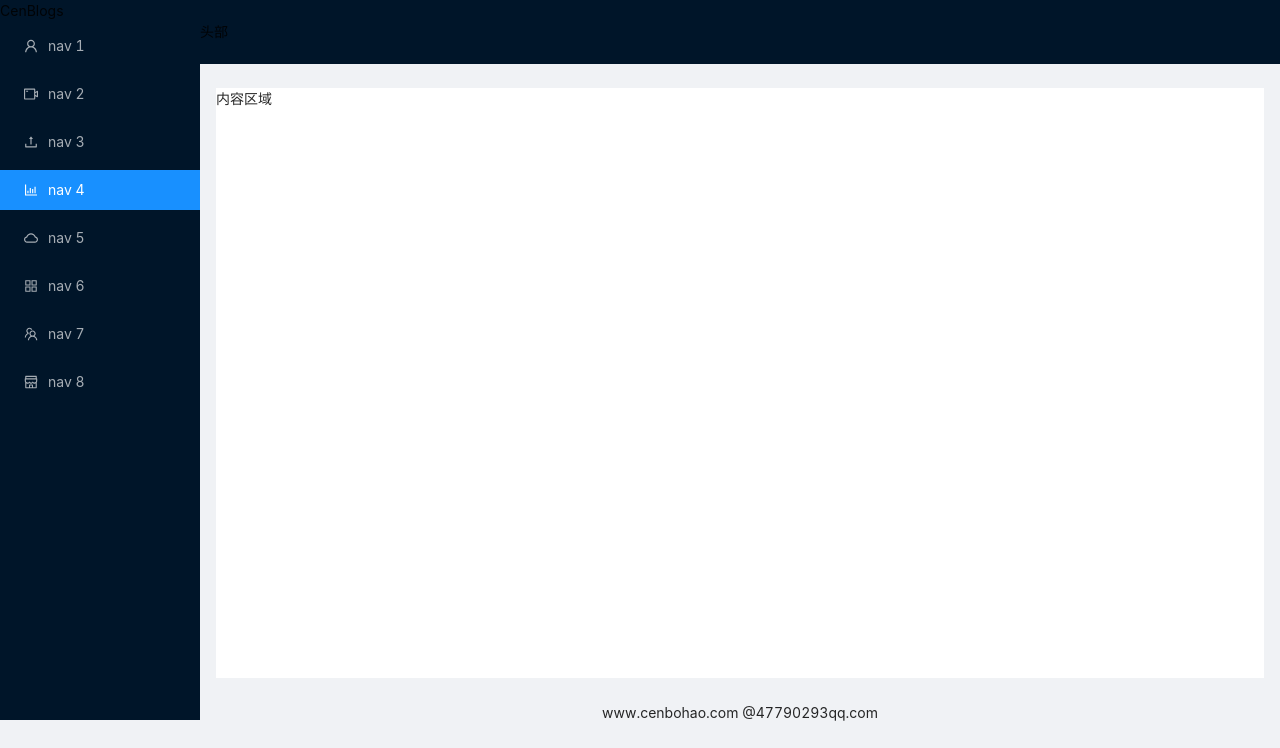
Repository: CBH20010703/bolgsweb
Page: / (app in blogs/)
The author's editor kept a copy of each file at every save. The page is drawn from the files as they stood at one save, then again after the next save.
The browser window is 1280 px wide. The pictures show the whole page.
The project was rebuilt for these pictures with package versions that can differ from the ones it lists, and the page was loaded fresh each time. Also part of the build but not shown: blogs/src/component/Header/Headers.css, blogs/src/view/Home/Home.css, blogs/src/view/404/Error.jsx.

Above is the page before, as saved 2021-06-20 22:46:11.

After the next save:
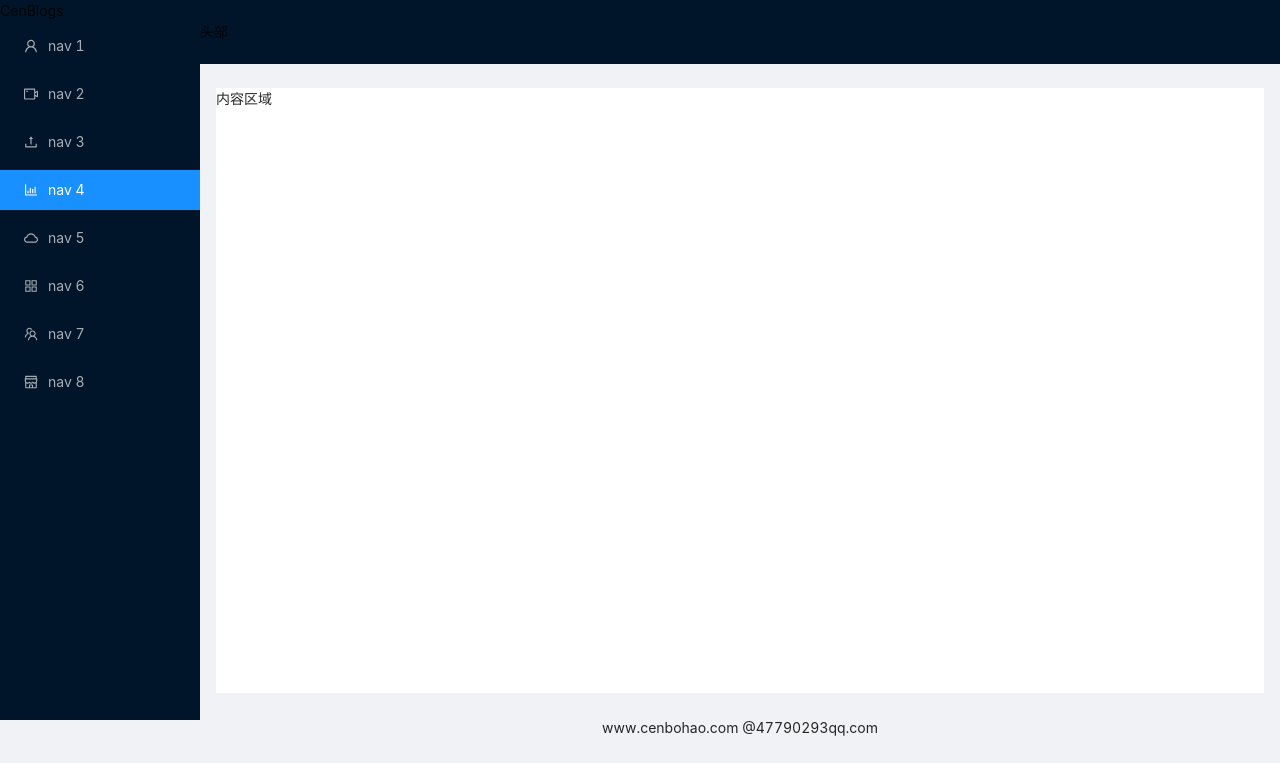
Saved 5 s later.
--- a/blogs/src/App.js
+++ b/blogs/src/App.js
@@ -32,7 +32,7 @@ export default class  App extends Component {
     </Sider>
     <Layout className="site-layout" style={{ marginLeft: 200 }}>
       <Headers></Headers>
-          <Content style={{ margin: '24px 16px 0', overflow: 'initial', height: "82vh", background:"#fff" }}>
+          <Content style={{ margin: '24px 16px 0', overflow: 'initial', height: "84vh", background:"#fff" }}>
           <RouterMap />
       </Content>
       <Footers/>
